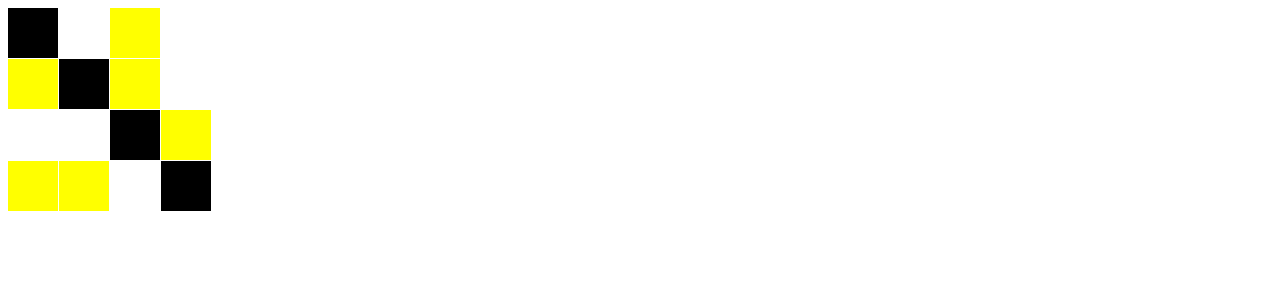
Repository: JIHYEONHE/doit
Page: FAST_ZZANG/static/canvas3.html
An editor plug-in stored every save of this project. The page is shown before and after the next save, followed by the edit.
The browser window is 1280 px wide. The pictures show the whole page.

Above is the page before, as saved 2022-10-18 01:38:21.

### FAST_ZZANG/static/canvas3.html
<!DOCTYPE html>
<html>
<head>
<meta charset="UTF-8">
<title>Insert title here</title>
<script type="text/javascript">
var cvr2D = [
	   [1,0,1,0],
	   [1,1,1,0],
	   [0,0,0,1],
	   [1,1,0,0]
	];

function myinit(){
    const c = document.getElementById('mycan');
    // 2. 2d모드의 그리기 객체를 취득한다. => 이 객체를 통해 canvas에 그림을 그릴 수 있다.
    const ctx = c.getContext("2d");

    for(var i=0; i<4; i++){ //i는 y
		for(var j=0; j<4; j++){
		    if(cvr2D[i][j]==1){
			    ctx.fillStyle = 'yellow';
			    ctx.fillRect(j*51,i*51, 50, 50);
		    }else{
		        ctx.fillStyle = 'black';
		        ctx.fillRect(j*51, j*51, 50, 50);

		    }
		}
	}

//     for(var i=0; i<4; i++){ //i는 y
// 		for(var j=0; j<4; j++){
// 			    ctx.fillStyle = 'pink';
// 			    ctx.fillRect(j*50,i, 50, 50);
// 		}
//     }
}

</script>
</head>
<body onload="myinit()">

<canvas id="mycan" width="400px" height="400px">

</canvas>

</body>
</html>

After the next save:
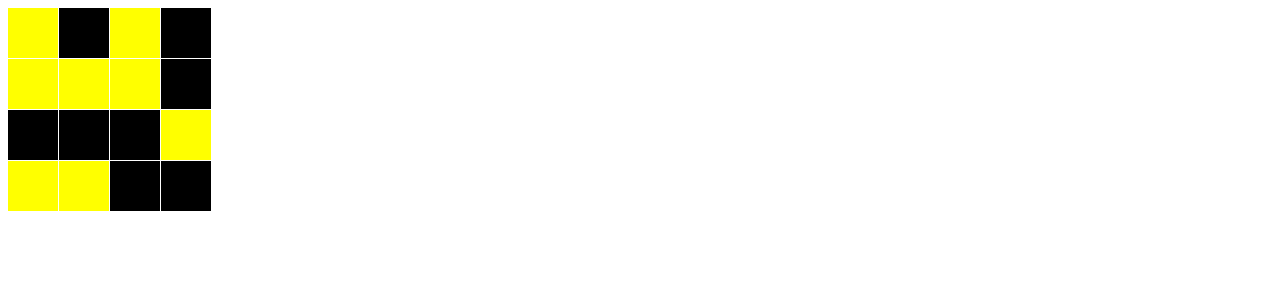
Saved 2 s later.
--- a/FAST_ZZANG/static/canvas3.html
+++ b/FAST_ZZANG/static/canvas3.html
@@ -23,7 +23,7 @@
 			    ctx.fillRect(j*51,i*51, 50, 50);
 		    }else{
 		        ctx.fillStyle = 'black';
-		        ctx.fillRect(j*51, j*51, 50, 50);
+		        ctx.fillRect(j*51, i*51, 50, 50);
 
 		    }
 		}
